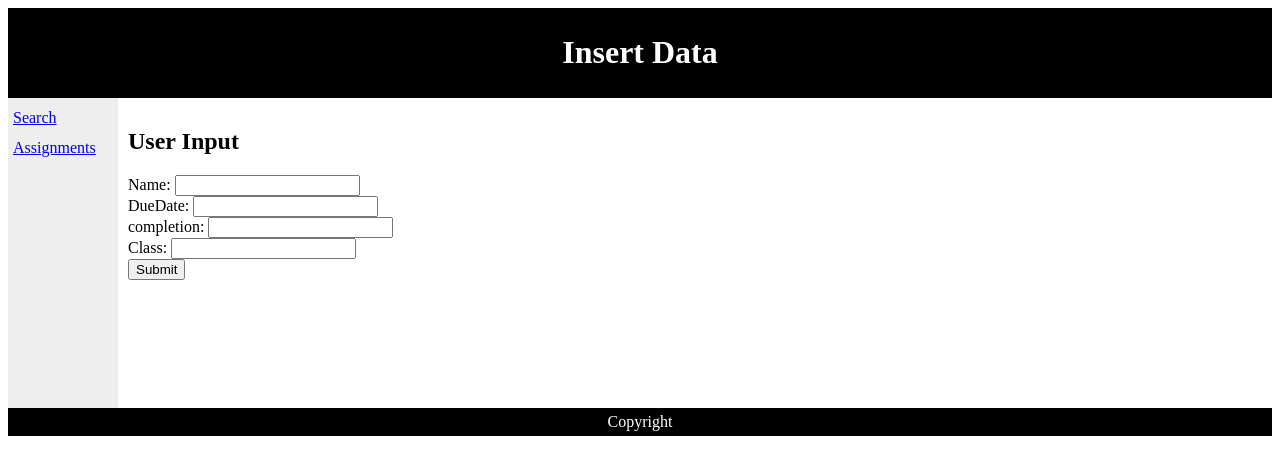
Repository: bpinkelman/Tech-Exercise
Page: planner-pinkelman/WebContent/AssignmentInsert.html
The author's editor kept a copy of each file at every save. The page is drawn from the files as they stood at one save, then again after the next save.
The browser window is 1280 px wide. The pictures show the whole page.

Above is the page before, as saved 2020-02-28 00:34:11.

After the next save:
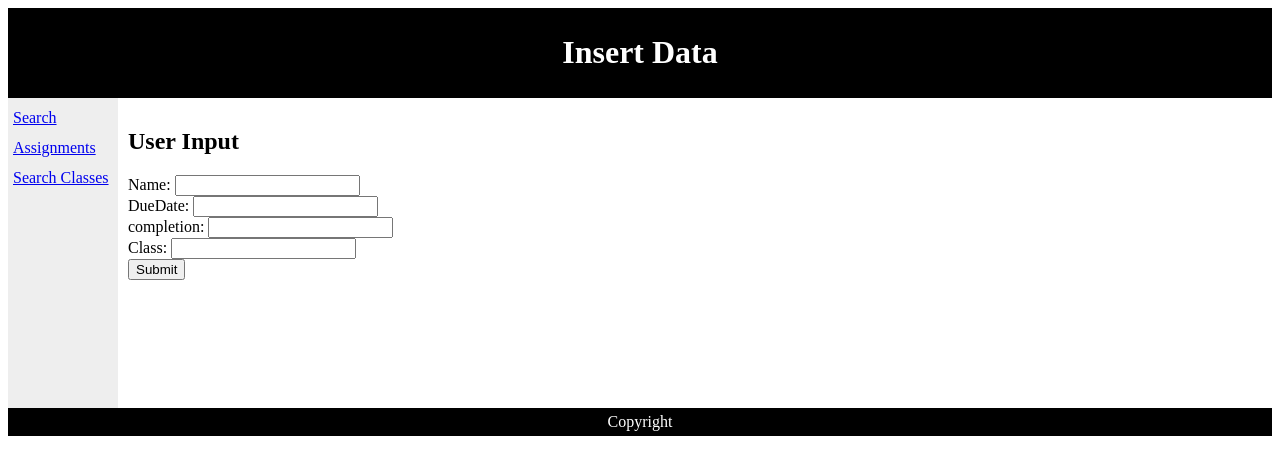
Saved 32 s later.
--- a/planner-pinkelman/WebContent/AssignmentInsert.html
+++ b/planner-pinkelman/WebContent/AssignmentInsert.html
@@ -37,6 +37,7 @@ footer {
 
 <nav>
 <a href="/planner-pinkelman/AssignmentSearch.html">Search Assignments</a> <br>
+<a href="/planner-pinkelman/simpleFormSearch.html">Search Classes</a> <br>
 </nav>
 
 <section>
